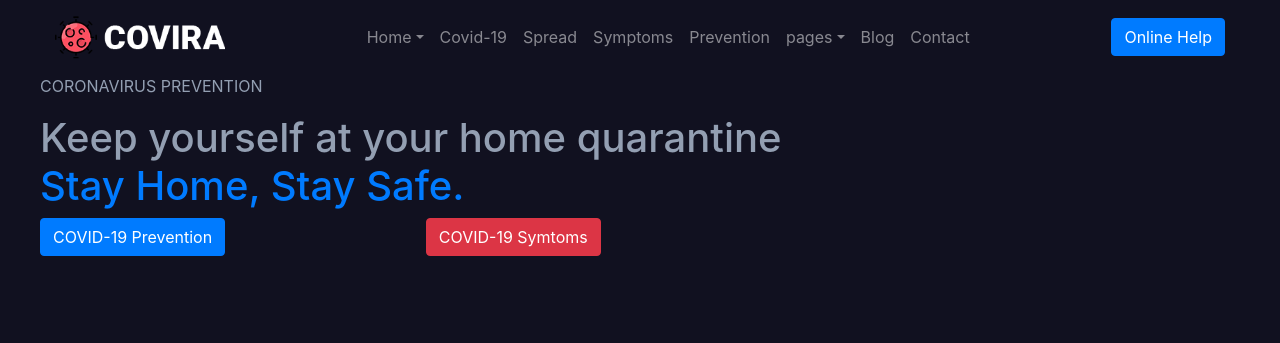
Repository: sitikhusushan/corona_updates
Page: index.html
The author's editor kept a copy of each file at every save. The page is drawn from the files as they stood at one save, then again after the next save.
The browser window is 1280 px wide. The pictures show the whole page.

Above is the page before, as saved 2020-06-04 15:35:51.

### index.html
<!DOCTYPE html>
<html lang="en">
  <head>
    <meta charset="UTF-8" />
    <meta name="viewport" content="width=device-width, initial-scale=1.0" />
    <link rel="stylesheet" href="css/bootstrap.css" />
    <link rel="stylesheet" href="style.css" />
    <title>Covid-19</title>
  </head>
  <body>
    <header>
      <nav class="navbar navbar-expand-lg navbar-dark">
        <div class="container">
          <a class="logo" href="">
            <img src="image/logo-white.png" alt="coronavirus_logo"
          /></a>
          <!-- <div class="row">
          <div class="col-md-2 col-sm-2">
            <img src="image/logo-white.png" alt="coronavirus_logo" />
          </div>
          <div class="col-md-1 col-sm">
            <div class="dropdown">
              <button
                type="button"
                class="btn btn-danger dropdown-toggle"
                data-toggle="dropdown"
              >
                Home
              </button>
              <div class="dropdown-menu">
                <a class="dropdown-item" href="#">akjf</a>
                <a class="dropdown-item" href="#">alkdf</a>
                <a class="dropdown-item" href="#">akfjl</a>
                <a class="dropdown-item" href="#">ahdfjk</a>
                <a class="dropdown-item" href="#">ajlkdf</a>
                <a class="dropdown-item" href="#">kjahdf</a>
              </div>
            </div>
          </div>
          <div class="col-md-1 col-sm">
            COVID-19
          </div>
          <div class="col-md-1 col-sm">
            Spread
          </div>
          <div class="col-md-1 col-sm">
            Symptoms
          </div>
          <div class="col-md-1 col-sm">
            Prevention
          </div>
          <div class="col-md-1 col-sm">
            <div class="dropdown">
              <button
                type="button"
                class="btn btn-danger dropdown-toggle"
                data-toggle="dropdown"
              >
                Pages
              </button>
              <div class="dropdown-menu">
                <a class="dropdown-item" href="#"></a>
                <a class="dropdown-item" href="#"></a>
                <a class="dropdown-item" href="#"></a>
                <a class="dropdown-item" href="#"></a>
              </div>
            </div>
          </div>
          <div class="col-md-1 col-sm">Blog</div>
          <div class="col-md-1 col-sm">Contact</div>
          <div class="col-md-2 col-sm-2">
            <button class="btn btn-primary" type="button">Online Help</button>
          </div>
        </div> -->
          <div class="collapse navbar-collapse">
            <ul class="navbar-nav mx-auto">
              <li class="nav-item dropdown">
                <a
                  class="nav-link dropdown-toggle"
                  href="#"
                  data-toggle="dropdown"
                  aria-expanded="false"
                  >Home</a
                >
                <div class="dropdown-menu">
                  <a class="dropdown-item" href="#">Home one</a>
                  <a class="dropdown-item" href="#">Home one dark</a>
                  <a class="dropdown-item" href="#">Home two</a>
                  <a class="dropdown-item" href="#">Home two dark</a>
                  <a class="dropdown-item" href="#">Home three</a>
                  <a class="dropdown-item" href="#">Home three dark</a>
                </div>
              </li>
              <li class="nav-item">
                <a class="nav-link" href="#">Covid-19</a>
              </li>
              <li class="nav-item">
                <a class="nav-link" href="#">Spread</a>
              </li>
              <li class="nav-item">
                <a class="nav-link" href="#">Symptoms</a>
              </li>
              <li class="nav-item">
                <a class="nav-link" href="#">Prevention</a>
              </li>
              <li class="nav-item dropdown">
                <a
                  class="nav-link dropdown-toggle"
                  href="#"
                  data-toggle="dropdown"
                  aria-expanded="false"
                  >pages</a
                >
                <div class="dropdown-menu">
                  <a class="dropdown-item" href="#">Blog</a>
                  <a class="dropdown-item" href="#">Article</a>
                  <a class="dropdown-item" href="#">Contact</a>
                  <a class="dropdown-item" href="#">Outbrek news</a>
                </div>
              </li>
              <li class="nav-item">
                <a class="nav-link" href="#">Blog</a>
              </li>
              <li class="nav-item">
                <a class="nav-link" href="#">Contact</a>
              </li>
            </ul>
          </div>
          <a class="onlinehelp" href="">
            <i class="fas fa-headset"></i>
            <button class="btn btn-primary" type="button">Online Help</button>
          </a>
        </div>
      </nav>
    </header>
    <div class="banner">
      <div class="container">
        <div class="prevention">
          <p>CORONAVIRUS PREVENTION</p>
          <h1>
            Keep yourself at your home quarantine <br />
            <span class="text-primary"> Stay Home, Stay Safe.</span>
          </h1>
          <div class="row">
            <div class="col-md-6">
              <button class="btn btn-primary" type="button">
                COVID-19 Prevention
              </button>
            </div>
            <div class="col-md">
              <button class="btn btn-danger" type="button">
                COVID-19 Symtoms
              </button>
            </div>
          </div>
        </div>
      </div>
    </div>
  </body>
</html>
<script src="https://code.jquery.com/jquery-3.5.1.js"></script>
<script src="js/bootstrap.js"></script>

### style.css
body {
  background-color: #111120;
  color: #939fb2;
}

.container {
  max-width: 1200px;
}

nav .container .logo img {
  max-width: 170px;
}

.prevention {
  position: absolute;
  top: 0%;
  left: 0%;
}

.banner .container {
  height: 500px;
  position: relative;
}

@font-face {
  font-family: "Barlow";
  src: url("font/Barlow-Black.woff2") format("woff2"),
    url("font/Barlow-Black.woff") format("woff"),
    url("font/Barlow-Black.svg#Barlow-Black") format("svg");
  font-weight: 900;
  font-style: normal;
}

@font-face {
  font-family: "Barlow";
  src: url("font/Barlow-Light.woff2") format("woff2"),
    url("font/Barlow-Light.woff") format("woff"),
    url("font/Barlow-Light.svg#Barlow-Light") format("svg");
  font-weight: 300;
  font-style: normal;
}

@font-face {
  font-family: "Barlow";
  src: url("font/Barlow-Medium.woff2") format("woff2"),
    url("font/Barlow-Medium.woff") format("woff"),
    url("font/Barlow-Medium.svg#Barlow-Medium") format("svg");
  font-weight: 500;
  font-style: normal;
}

@font-face {
  font-family: "Barlow";
  src: url("font/Barlow-ExtraBold.woff2") format("woff2"),
    url("font/Barlow-ExtraBold.woff") format("woff"),
    url("font/Barlow-ExtraBold.svg#Barlow-ExtraBold") format("svg");
  font-weight: 800;
  font-style: normal;
}

@font-face {
  font-family: "Barlow";
  src: url("font/Barlow-SemiBold.woff2") format("woff2"),
    url("font/Barlow-SemiBold.woff") format("woff"),
    url("font/Barlow-SemiBold.svg#Barlow-SemiBold") format("svg");
  font-weight: 600;
  font-style: normal;
}

@font-face {
  font-family: "Barlow";
  src: url("font/Barlow-Regular.woff2") format("woff2"),
    url("font/Barlow-Regular.woff") format("woff"),
    url("font/Barlow-Regular.svg#Barlow-Regular") format("svg");
  font-weight: normal;
  font-style: normal;
}

@font-face {
  font-family: "Barlow";
  src: url("font/Barlow-Thin.woff2") format("woff2"),
    url("font/Barlow-Thin.woff") format("woff"),
    url("font/Barlow-Thin.svg#Barlow-Thin") format("svg");
  font-weight: 100;
  font-style: normal;
}

@font-face {
  font-family: "Barlow";
  src: url("font/Barlow-Bold.woff2") format("woff2"),
    url("font/Barlow-Bold.woff") format("woff"),
    url("font/Barlow-Bold.svg#Barlow-Bold") format("svg");
  font-weight: bold;
  font-style: normal;
}

@font-face {
  font-family: "Barlow";
  src: url("font/Barlow-ExtraLight.woff2") format("woff2"),
    url("font/Barlow-ExtraLight.woff") format("woff"),
    url("font/Barlow-ExtraLight.svg#Barlow-ExtraLight") format("svg");
  font-weight: 200;
  font-style: normal;
}

Loaded but not shown: css/bootstrap.css (library); js/bootstrap.js (library)

After the next save:
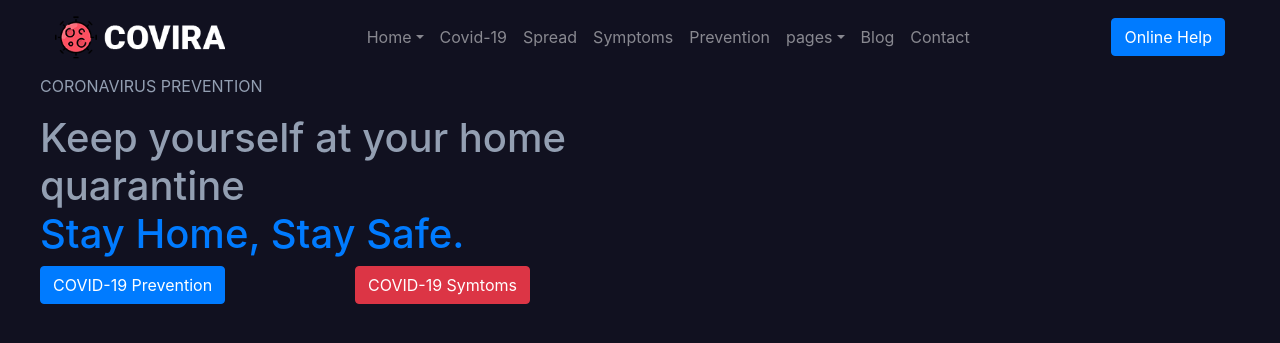
Saved 50 s later.
--- a/style.css
+++ b/style.css
@@ -15,6 +15,7 @@ nav .container .logo img {
   position: absolute;
   top: 0%;
   left: 0%;
+  right: 50%;
 }
 
 .banner .container {
